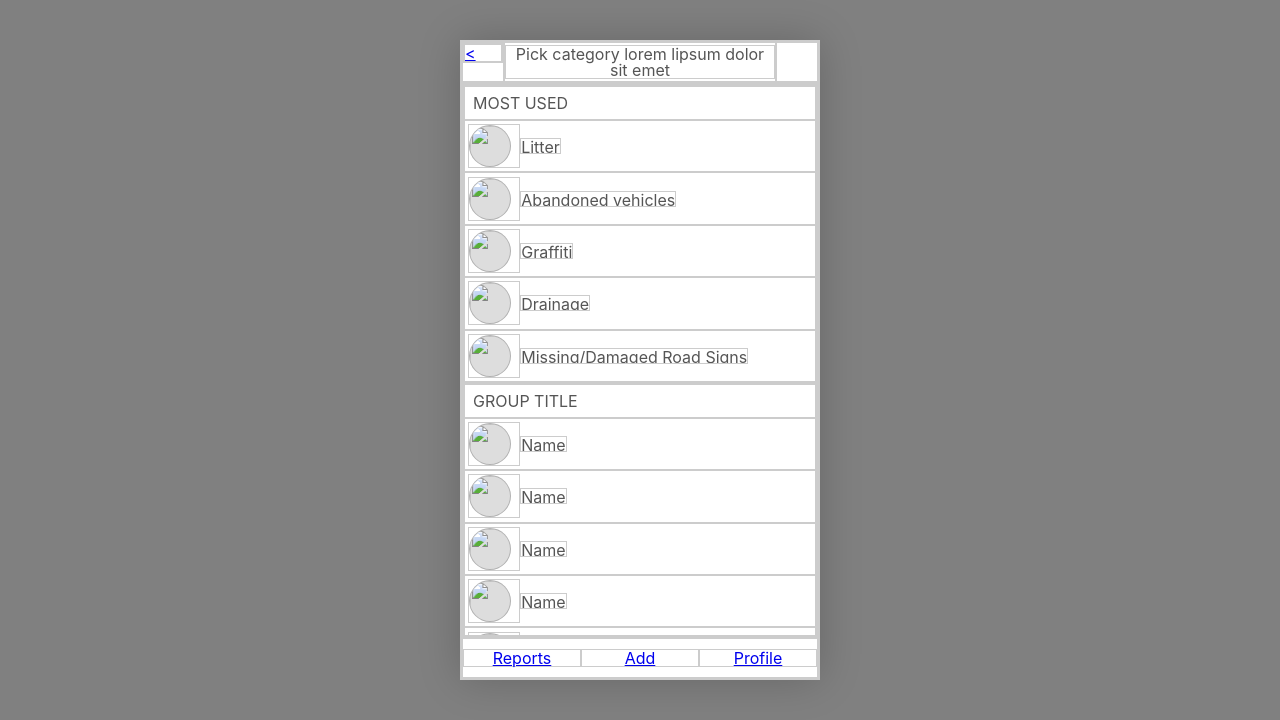
Repository: aleksandrenko/html-css-playground
Page: add report.html
The author's editor kept a copy of each file at every save. The page is drawn from the files as they stood at one save, then again after the next save.
The browser window is 1280 px wide. The pictures show the whole page.

Above is the page before, as saved 2018-01-19 14:51:21.

After the next save:
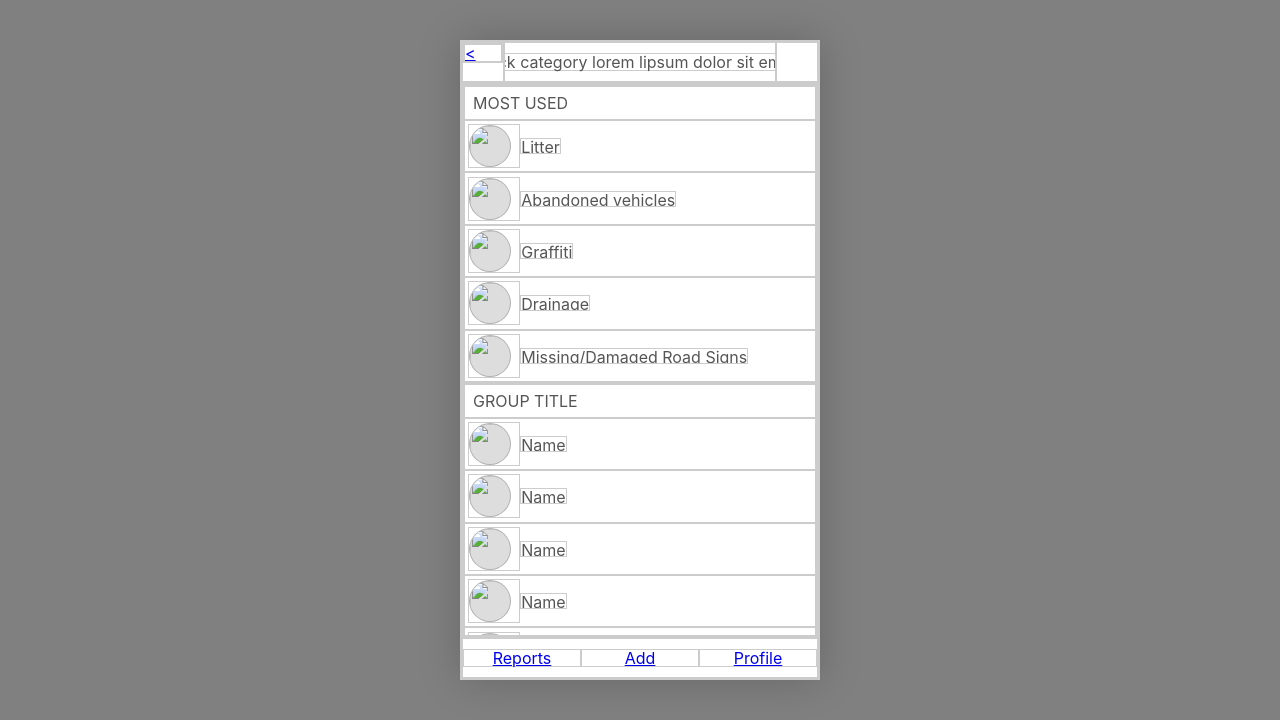
Saved 4 s later.
--- a/css/layout.css
+++ b/css/layout.css
@@ -31,7 +31,7 @@ app header middle {
 
 app header middle page-name {
   text-align: center;
-
+  white-space: nowrap;
 }
 
 app header right {
